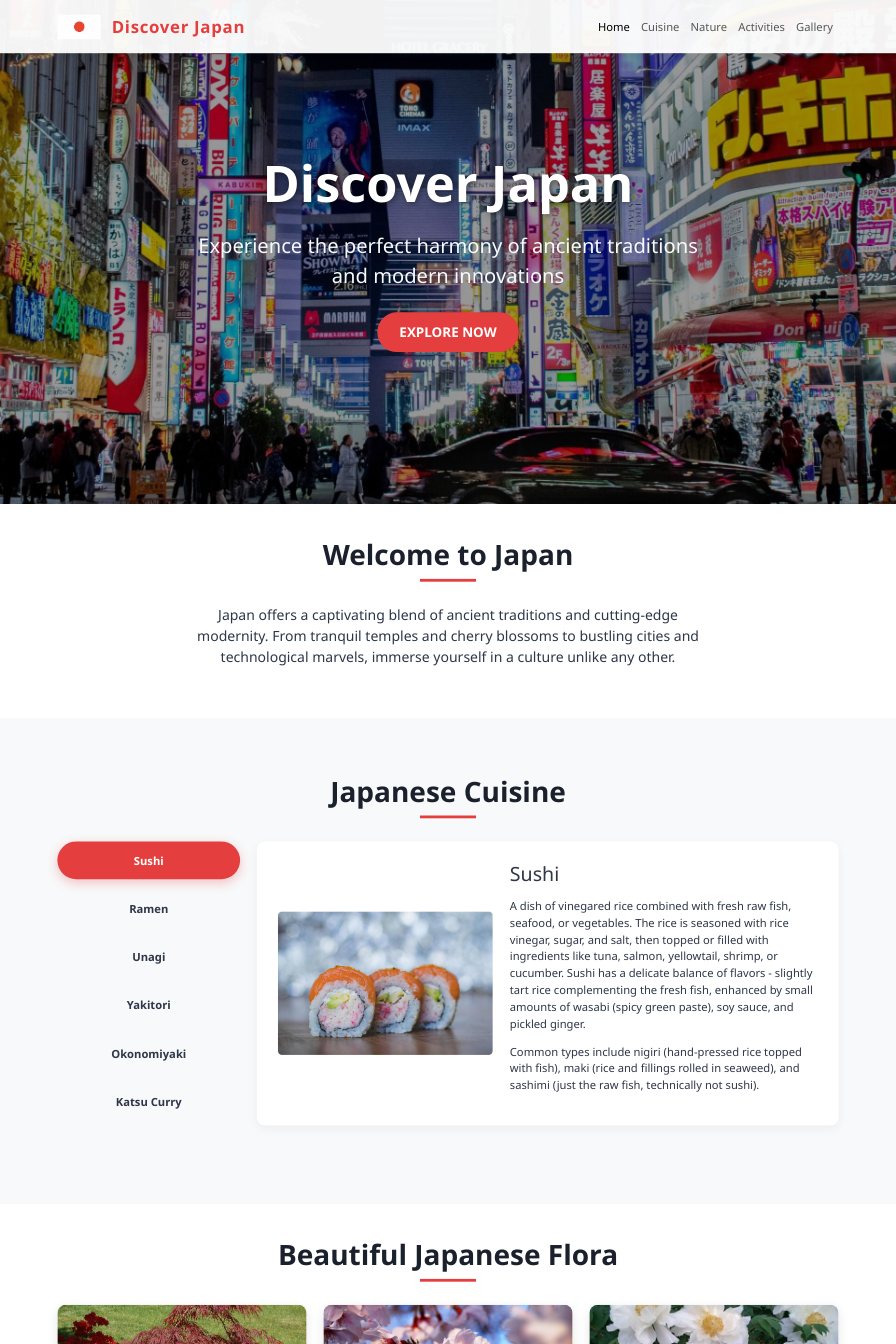
Repository: urielaracena/softwareDev
Page: project1/project1.html
These files come from the project's save history. The page is drawn as it stood at one moment and after the next save; the edit follows.
The browser window is 1280 px wide. The pictures show the part of the page from y = 0 to 1920 px (the page is 5087 px tall), at 70% of full size.
Backgrounds fixed to the window are drawn as part of the page.

Above is the page before, as saved 2025-04-18 13:32:59.

After the next save:
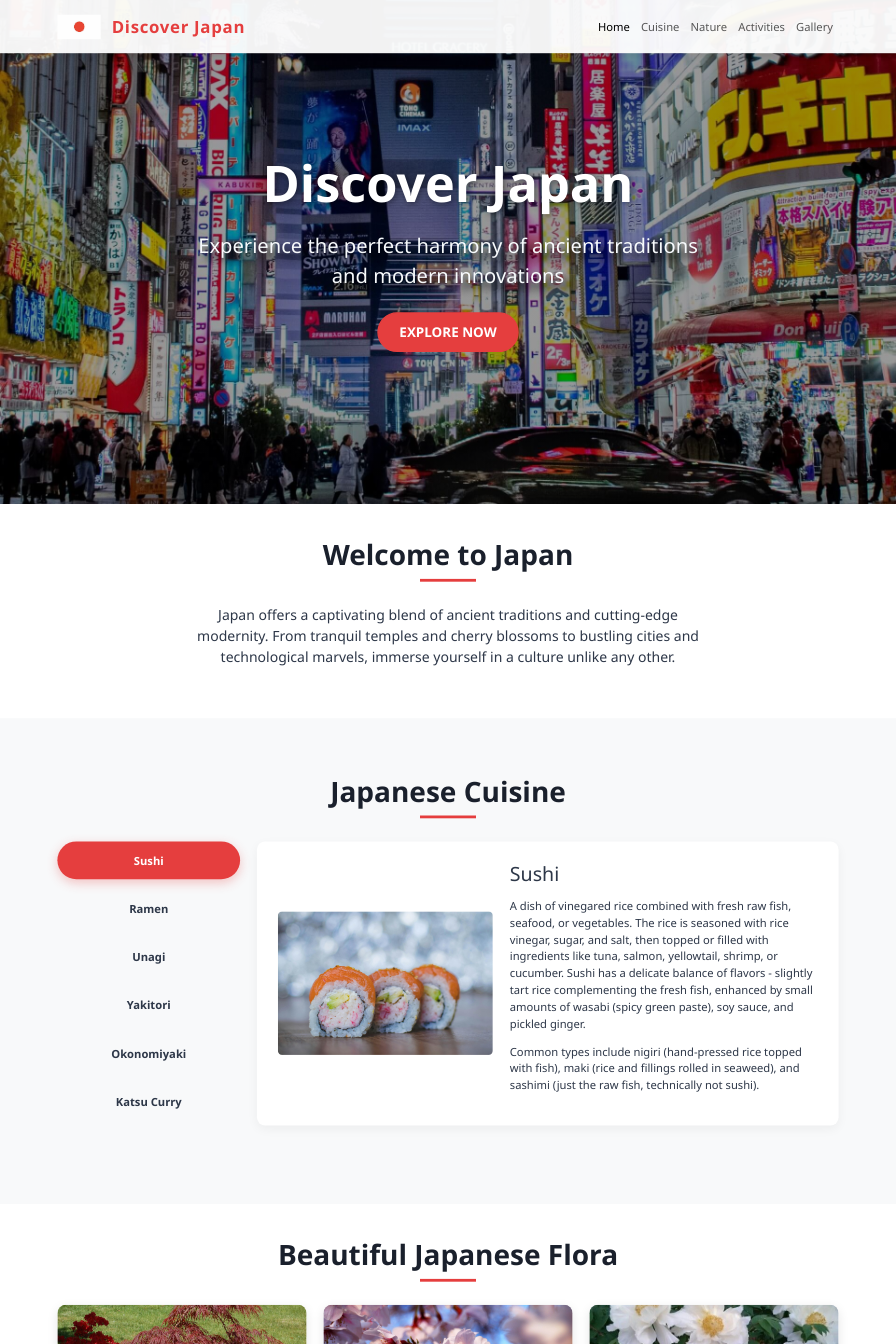
Saved 17 s later.
--- a/project1/project1style.css
+++ b/project1/project1style.css
@@ -65,7 +65,7 @@
     font-size: 1.8rem;
     font-weight: 300;
     margin-bottom: 2rem;
-    text-shadow: 10px 10px 10px rgba(0, 0, 0, 1.);
+    text-shadow: 10px 10px 10px rgba(0, 0, 0, 0.9);
   }
 
   .hero-btn {
